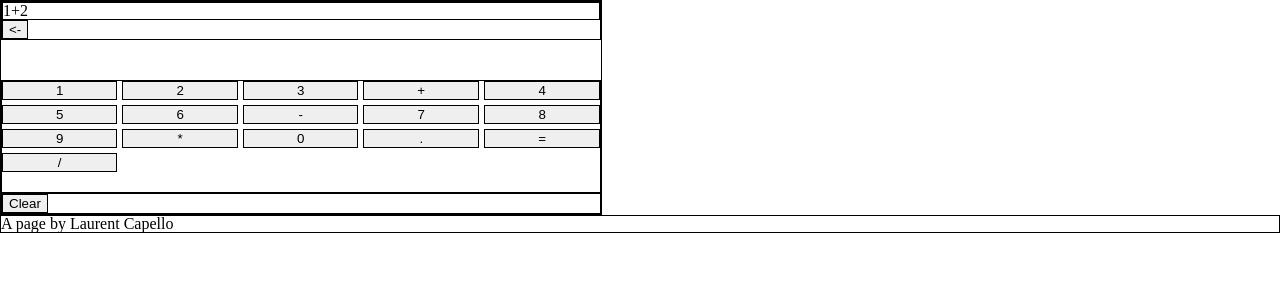
Repository: sokafootball/js-calculator
Page: index.html
An editor plug-in stored every save of this project. The page is shown before and after the next save, followed by the edit.
The browser window is 1280 px wide. The pictures show the whole page.

Above is the page before, as saved 2020-04-25 11:34:06.

After the next save:
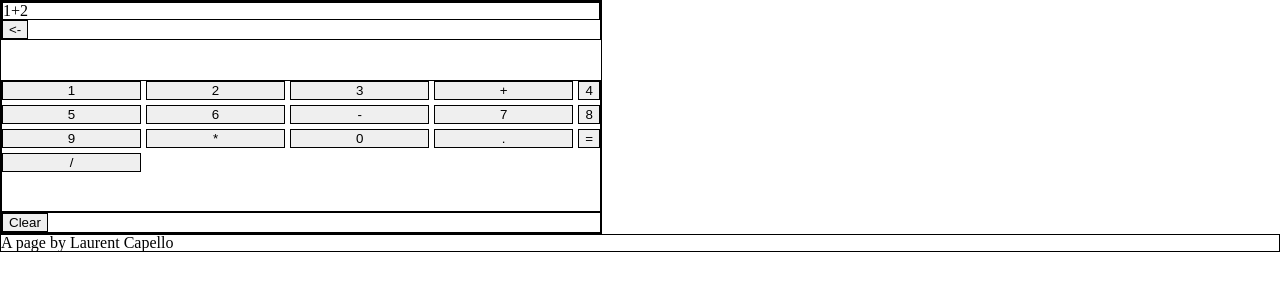
Saved 24 s later.
--- a/style.css
+++ b/style.css
@@ -26,6 +26,6 @@
     "numpad numpad numpad . operators"
     ". . . . ."
     ". . clear . .";
-  grid-template-columns: repeat(4, 1fr)
-  grid-template-rows: 1fr 50px repeat(4, 1fr) 50px 1fr;
+  grid-template-columns: repeat(4, 1fr);
+  grid-template-rows: repeat(5, 1fr);
 }
